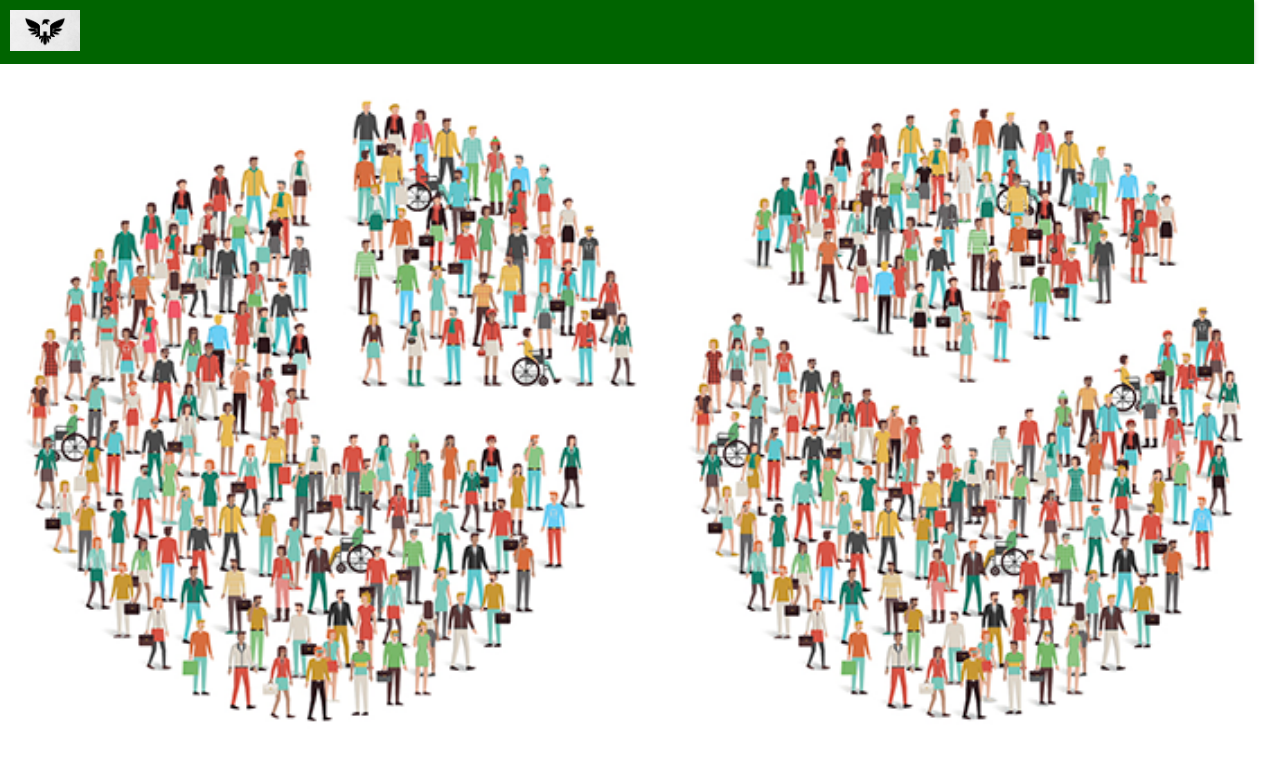
Repository: deepakgautam/SurveyApplication
Page: /landing (app in client/)
These files come from the project's save history. The page is drawn as it stood at one moment and after the next save; the edit follows.
The browser window is 1280 px wide. The pictures show the whole page.
The page's requests for data from a server got no answer. The project was rebuilt for these pictures with package versions that can differ from the ones it lists, and the page was loaded fresh each time. No one was signed in, and anything a server would have sent is missing. Also part of the build but not shown: client/src/components/payments.js, client/src/components/surveys/surveyList.js, client/src/components/dashboard.js, client/src/components/surveys/surveyFields.js, client/src/utils/validateEmails.js, client/src/components/surveys/formFields.js, client/src/components/surveys/surveyForm.js, client/src/components/surveys/surveyFormReview.js and 1 more.

Above is the page before, as saved 2018-06-24 22:04:13.

### client/src/index.js
import React from 'react';
import ReactDOM from 'react-dom';
import 'materialize-css/dist/css/materialize.min.css'
import { Provider } from 'react-redux';
import { createStore, applyMiddleware,compose } from 'redux';
import RootReducers from './reducers';
import promiseMiddleware from 'redux-promise-middleware'
import reduxThunk from 'redux-thunk';
import App from './containers/App.js'

import axios from 'axios';

window.axios = axios ;
const composeEnhancers = window.__REDUX_DEVTOOLS_EXTENSION_COMPOSE__ || compose;

const createStoreWithMiddleware = createStore(
  RootReducers,
  composeEnhancers(
    applyMiddleware(
      reduxThunk,)
  ),
);
ReactDOM.render(
  <Provider store={createStoreWithMiddleware}>
    <App />
  </Provider>
  , document.querySelector('#root')
);

### client/src/reducers/index.js
import { combineReducers } from 'redux';
import AuthReducer from './AuthReducer';
import {reducer as FormReducerRedux} from 'redux-form';
import surveyReducer from './surveysReducers'

/* this is the root reducers  for all  reducers
   state is the state the Application state
   all these keys {AuthData,....} are available
   as the key of the application state and used in the react
*/
const rootReducer = combineReducers({
   AuthUser : AuthReducer,
   form :FormReducerRedux,
   surveyRecord : surveyReducer

});
export default rootReducer;

### client/src/containers/App.js
import React,{Component} from 'react';
import Header from '../components/header';
import Landing from '../components/landing';
import Dashboard from '../components/dashboard';
import {BrowserRouter, Route} from 'react-router-dom';
import {connect } from 'react-redux';
import * as actions from '../actions/index';
import {bindActionCreators} from 'redux';
import NewSurveys from '../components/surveys/newSurveys.js'
import Background from '../images/Year-end-survey-712.png'

class  App extends Component {
    constructor(){
        super ();
        this.state = { windowHeight : window.innerHeight+'px'};
    }
    componentDidMount() {
        this.props.currentUserAction();
    }
    getStyle() {
           return  {
            width: "100%",
            height: this.state.windowHeight,
            backgroundImage:`url(${Background})`,
            backgroundPosition: "center",
            backgroundRepeat: "no-repeat",
            backgroundSize: "cover",
            maxHeight: "100%",
            backgroundSize:"100% 100%",
            marginTop : '64px'
            }
    }
   render () {
    let height = this.state.windowHeight;
    return (
        <div className="container">
            <BrowserRouter>
                <div>
                  <Header/>
                  <Route exact path ="/landing" component ={Landing} />
                  <Route exact path ="/surveys/new" component ={NewSurveys} />
                  <Route exact path ="/dashboard" component ={Dashboard} />
                  <Route exact path ="/" component ={Landing} />
               </div>
            </BrowserRouter>
        </div>
    )
   };
}

function mapStateToProps(state) {
    return {
      currentUser : state.AuthUser
    };
  }
function mapDispatchToProps(dispatch) {
    return bindActionCreators({currentUserAction: actions.fetchUser}, dispatch);
}
export default connect(mapStateToProps, mapDispatchToProps)(App);

### client/src/reducers/AuthReducer.js
import {FETCH_USER} from '../utils/constants'
export default function(state = null, action) {
    if(typeof action == 'undefined') return state;
    switch(action.type) {
        case FETCH_USER :
        {
            console.log('action payload',action.payload);
            return action.payload || false;
            break;
        }
    }
    return state;
};

### client/src/reducers/surveysReducers.js
import {FETCH_SURVEYS} from '../utils/constants'
export default function (state =[] ,action){
    switch(action.type)  {
        case FETCH_SURVEYS :
        return action.payload;
        default :
        return state;
    }
}

### client/src/components/header.js
import '../css/navBar.css'
import React,{Component} from 'react';
import {Link} from 'react-router-dom';
import {connect } from 'react-redux';
import Payments from './payments'
import Background from '../images/Year-end-survey-712.png'
class  Header extends Component {
  renderHeader() {
    switch(this.props.AuthUser) {
      case null:
        return ;
        break;
      case false:
      return   <li><a href="auth/google">Login With Google</a></li>;
      default :
      return  [
               <li key="1"><Payments/></li>,
               <li key = "2" style= {{"margin":"0 10px"}}>Credit {this.props.AuthUser.credit}</li>,
               <li key="2"><a href="api/logout">Logout</a></li>
              ];
    }
 }
 render(){
    return (
      <nav>
        <div className="nav-wrapper">
          <Link
           to ={this.props.AuthUser ? '/surveys' : '/'}
           className="left brand-logo"><img src={require('../images/logo2.jpg')}
            style ={{maxHeight:70, maxWidth:70, margin:10}}/>
          </Link>
          <ul id="nav-mobile" className="right hide-on-med-and-down">
            {this.renderHeader()}
          </ul>
        </div>
      </nav>
    );
  }
}
function mapStateToProps(state) {
  return {
    AuthUser : state.AuthUser
  };
}
export default connect(mapStateToProps)(Header);

### client/src/components/landing.js
import React,{Component} from 'react';
import Background from '../images/Year-end-survey-712.png'
class  Landing  extends Component {
    constructor(){
        super ();
        this.state = { windowHeight : window.innerHeight+'px'};
    }
    getStyle() {
        return  {
         width: "100%",
         height: this.state.windowHeight,
         backgroundImage:`url(${Background})`,
         backgroundPosition: "center",
         backgroundRepeat: "no-repeat",
         backgroundSize: "cover",
         maxHeight: "100%",
         backgroundSize:"100% 100%",
         }
    };
    render () {
        return (
         <div style ={this.getStyle()}></div>
        )
    }
};
export default Landing;

### client/src/actions/index.js
import axios from 'axios';
import {FETCH_USER,FETCH_SURVEYS} from '../utils/constants'

// export const  fetchUser = () =>{
//     return async function(dispatch) {
//      const user=  await axios.get('/api/current_user');
//      dispatch({type: FETCH_USER ,payload: user});
//     }
// }
//es6 syntax of above function
export const  fetchUser = () =>async (dispatch) =>{
    const res = await axios.get('/api/current_user');
    dispatch({type: FETCH_USER ,payload: res.data});
};
export const  handelPaymentTocken = (token) =>async (dispatch) =>{
    const res = await axios.post('/api/stripe',token);
    dispatch({type: FETCH_USER ,payload: res.data});
};

export const submitSurvey = (values,history) =>async (dispatch) =>{
     console.log('sending survey data ',values);
     const res = await axios.post('/api/surveys',values); // res will contains updates user with deducted credits
     history.push('/surveys');
     dispatch({type : FETCH_USER,payload : res.data});

};

export const fetchSurveys = () =>async (dispatch) =>{
     const res = await axios.get('/api/surveysList');
     dispatch({type : FETCH_SURVEYS,payload : res.data});
};

### client/src/utils/constants.js
export const FETCH_USER = 'fetch user';
export const FETCH_DETAILS = 'fetch details';
export const FETCH_SURVEYS = 'fetch surveys';

### client/src/css/navBar.css
#nav-mobile {
    display: block !important
}
#root > div > div > nav {
    background-color : #006400;
    width: 98%;
}
.container {
    max-width: 100%;
    width: 100%;
}

Loaded but not shown: client/public/index.html (common file)

After the next save:
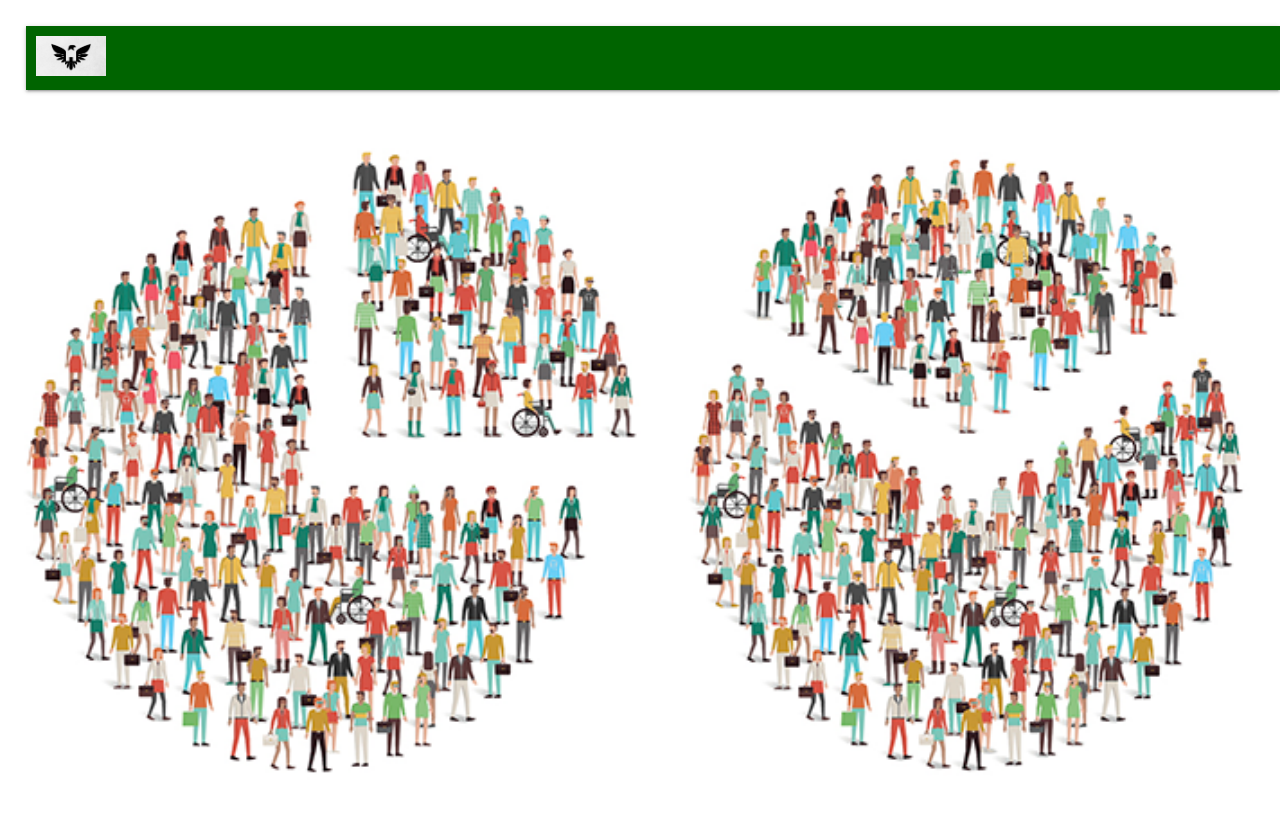
Saved 72 s later.
--- a/client/src/css/navBar.css
+++ b/client/src/css/navBar.css
@@ -4,6 +4,7 @@
 #root > div > div > nav {
     background-color : #006400;
     width: 98%;
+    margin: 2%
 }
 .container {
     max-width: 100%;

After the 2 saves that followed:
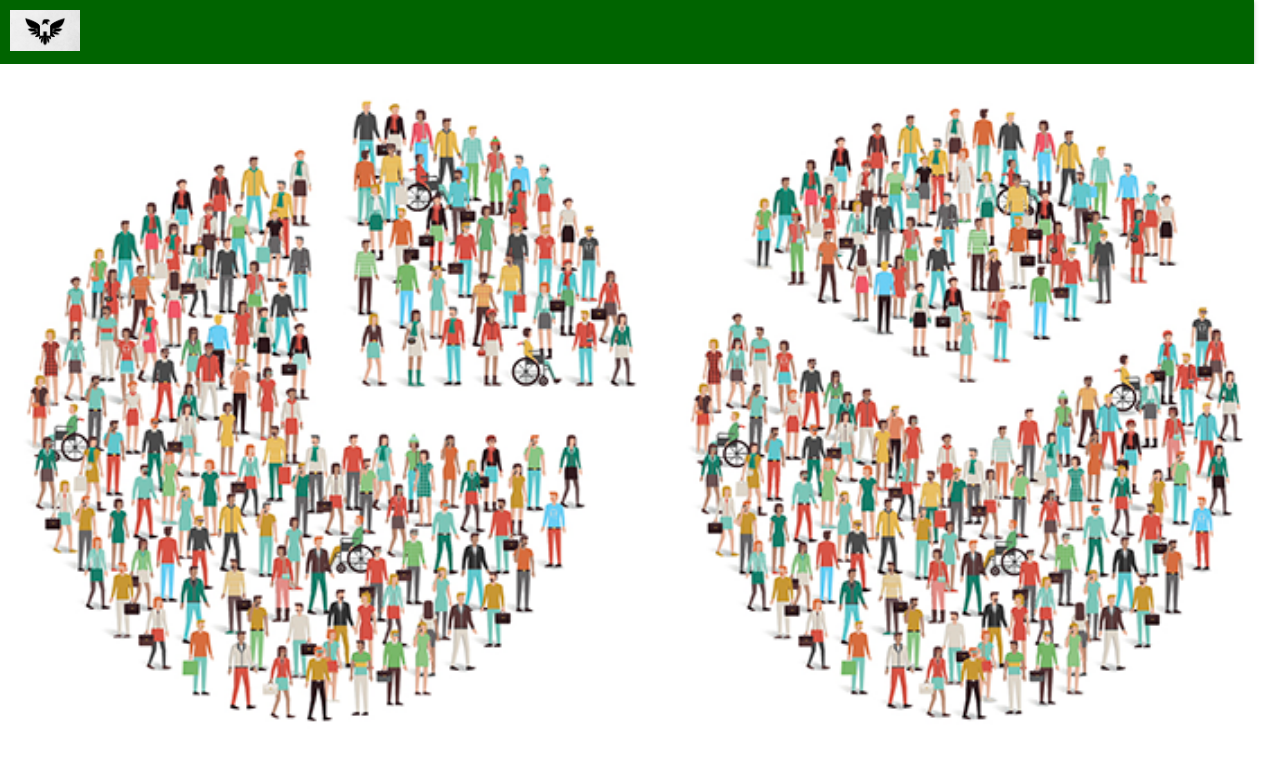
The 2 saves are shown as one change because 1 left the picture as it was.
The last was saved 32 s later.
--- a/client/src/css/navBar.css
+++ b/client/src/css/navBar.css
@@ -4,7 +4,7 @@
 #root > div > div > nav {
     background-color : #006400;
     width: 98%;
-    margin: 2%
+    margin: 10px,0px;
 }
 .container {
     max-width: 100%;
